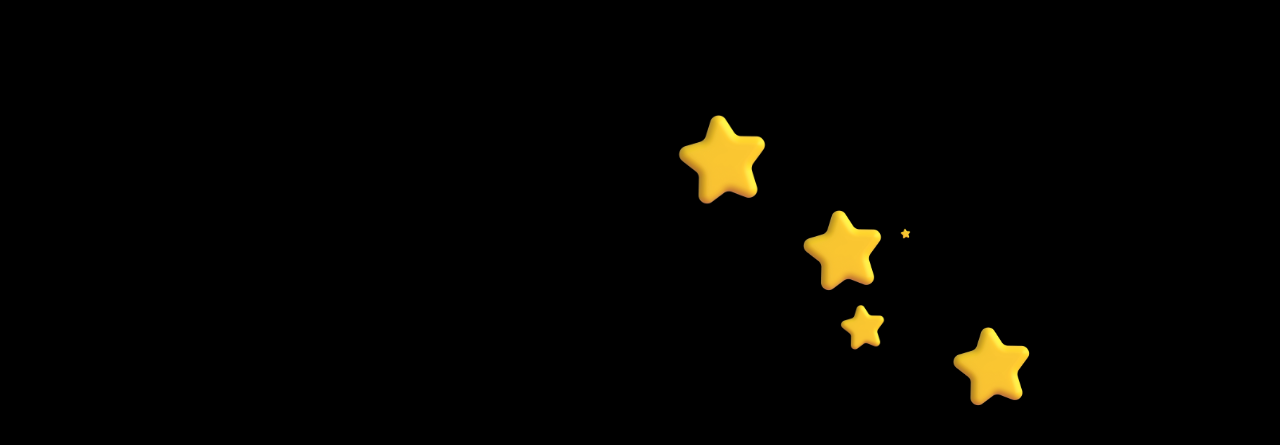
Repository: heartbreathing/Star-game
Page: index.html
These files come from the project's save history. The page is drawn as it stood at one moment and after the next save; the edit follows.
The browser window is 1280 px wide. The pictures show the whole page.

Above is the page before, as saved 2022-10-29 12:34:50.

After the next save:
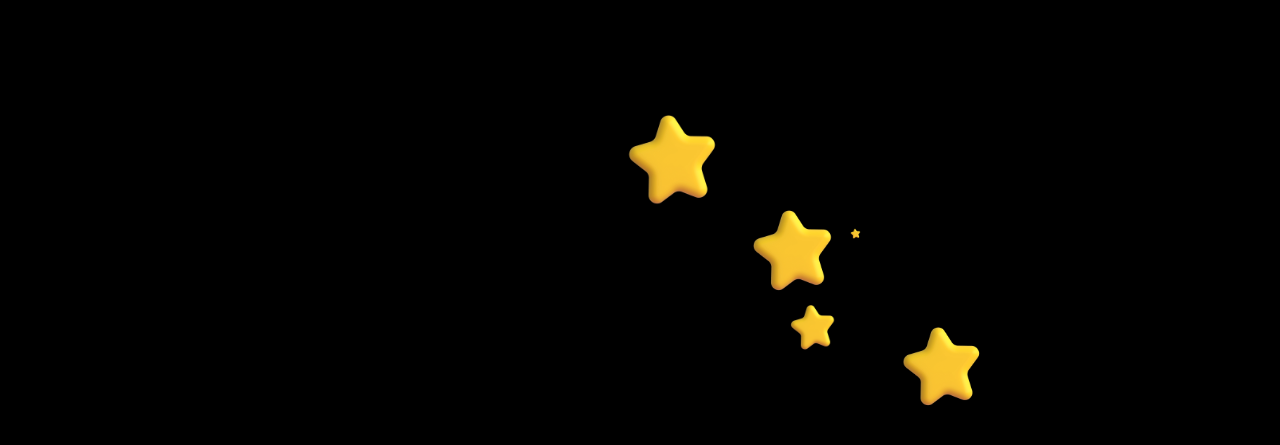
Saved 32 s later.
--- a/index.html
+++ b/index.html
@@ -18,7 +18,7 @@
           var obj = document.createElement('img');
           var wid = Math.floor(Math.random() * 100 + 10);
           obj.width = wid;
-          var x = Math.floor(Math.random() * 1000 + 100);
+          var x = Math.floor(Math.random() * 1000 + 50);
           var y = Math.floor(Math.random() * 300 + 50);
           obj.style.position = 'absolute';
           obj.style.top = y + 'px';
